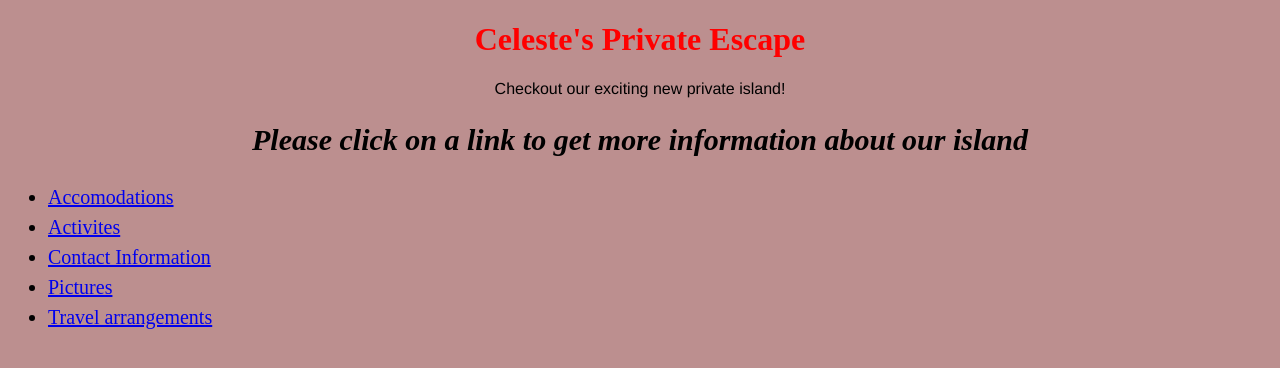
Repository: fieldceleste/island-resort
Page: island-resort .html
The author's editor kept a copy of each file at every save. The page is drawn from the files as they stood at one save, then again after the next save.
The browser window is 1280 px wide. The pictures show the whole page.

Above is the page before, as saved 2019-10-27 18:42:11.

After the next save:
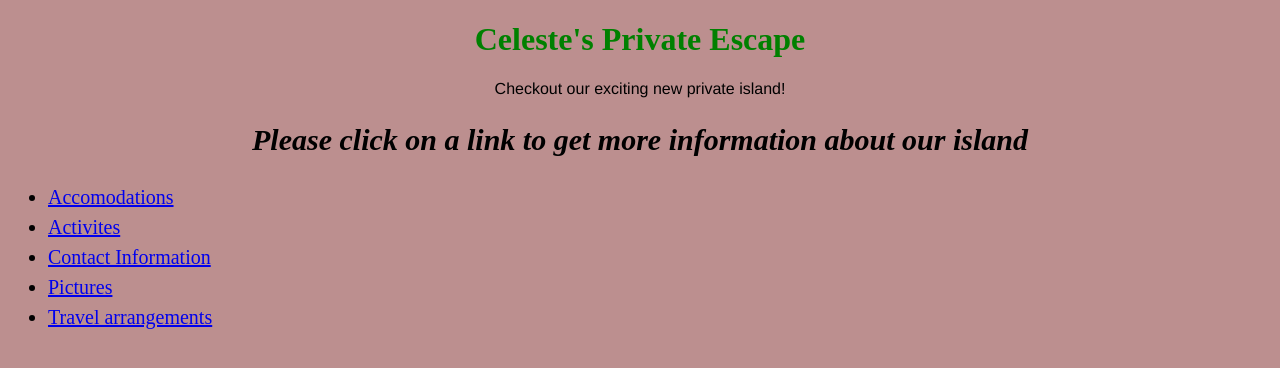
Saved 26 s later.
--- a/css/styles.css
+++ b/css/styles.css
@@ -1,5 +1,5 @@
 h1 {
-    color:red;
+    color:green;
     text-align: center;
 
   }
